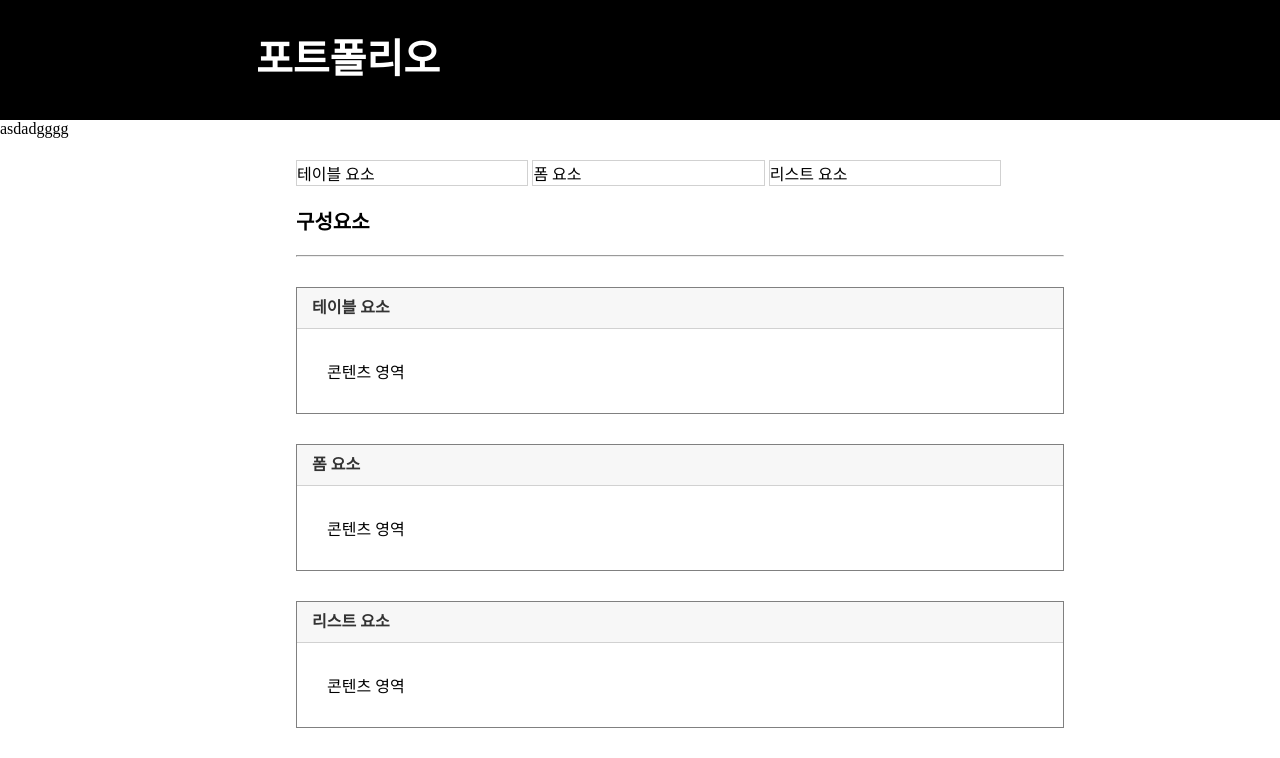
Repository: ItChoi/CSS-Study
Page: Css/WebContent/html/boostcourse/project-A1/portfolio.html
These files come from the project's save history. The page is drawn as it stood at one moment and after the next save; the edit follows.
The browser window is 1280 px wide. The pictures show the whole page.

Above is the page before, as saved 2019-06-18 10:49:18.

### Css/WebContent/html/boostcourse/project-A1/portfolio.html
<!DOCTYPE html>
<html>
<head>
	<link href="../../../css/boostcourse/project-A1/portfolio.css" rel="stylesheet" type="text/css">

</head>
<body>
	<div class="wrap">

		<div class="header">

		</div>

		<div class="content">

			<div class="con_header">
				<p class="title">포트폴리오</p>
			</div>

			<div class="con_content">

				<div class="button_list">
					<ul>
						<li class="button_elements">테이블 요소</li>
						<li class="button_elements">폼 요소</li>
						<li class="button_elements">리스트 요소</li>
					</ul>
				</div>

				<div class="element">
					<p class="element_title">구성요소</p>
					<hr/>

					<div class="elements_box">
						<div class="e_table ele">
							<div class="ele_title">
								<p class="ele_text">테이블 요소</p>
							</div>
							<div class="ele_content">
								콘텐츠 영역
							</div>
						</div>

						<div class="e_form ele">
							<div class="ele_title">
								<p class="ele_text">폼 요소</p>
							</div>
							<div class="ele_content">
								콘텐츠 영역
							</div>
						</div>

						<div class="e_list ele">
							<div class="ele_title">
								<p class="ele_text">리스트 요소</p>
							</div>
							<div class="ele_content">
								콘텐츠 영역
							</div>
						</div>

					</div>

				</div>

			</div>

		</div>

		<div class="footer">
		asdadgggg
		</div>


	</div>

</body>
</html>

### Css/WebContent/css/boostcourse/project-A1/portfolio.css
html, body, .wrap {
	margin: 0px;
	padding: 0px;
}

.header {
	width: 100%;
	height: 120px;
	background: #000;

	position: relative;
}

.content {
	position: absolute;
	top: 0;
	left: 20%;
	right: 20%;
}

.con_header {
	height: 120px;
}

.title {
	margin: 0px;
	color: #fff;
	font-size: 40px;
	font-weight: bold;
	line-height: 120px;
}

.con_content {
	width: 100%;
	padding-left: 40px;
	padding-right: 40px;
}

ul {
	margin: 0px;
	padding: 0px;
	margin-top: 40px;
	list-style: none;
}

.button_elements {
	display: inline-block;
	border:  1px solid #d1d1d1;
	width: 30%;
}

.button_elements:HOVER {
	background-color: #454545;
	font-weight: bold;
}

.element_title {
	font-size: 20px;
	color: #000;
	font-weight: bold;
}

hr {
/* 	border: 1px solid #454545; */
}

.elements_box {
	margin-top: 30px;
}

.ele {
	margin-bottom: 30px;
	border: 1px solid gray;
}

.ele_title {
	background-color: #f7f7f7;
	border-bottom: 1px solid #d1d1d1;
	height: 40px;
}

.ele_text {
	margin: 0px;
	margin-left: 15px;
	color: #333;
	font-size: 16px;
	font-weight: bold;
	line-height: 40px;
}

.ele_content {
	margin: 30px;
}

After the next save:
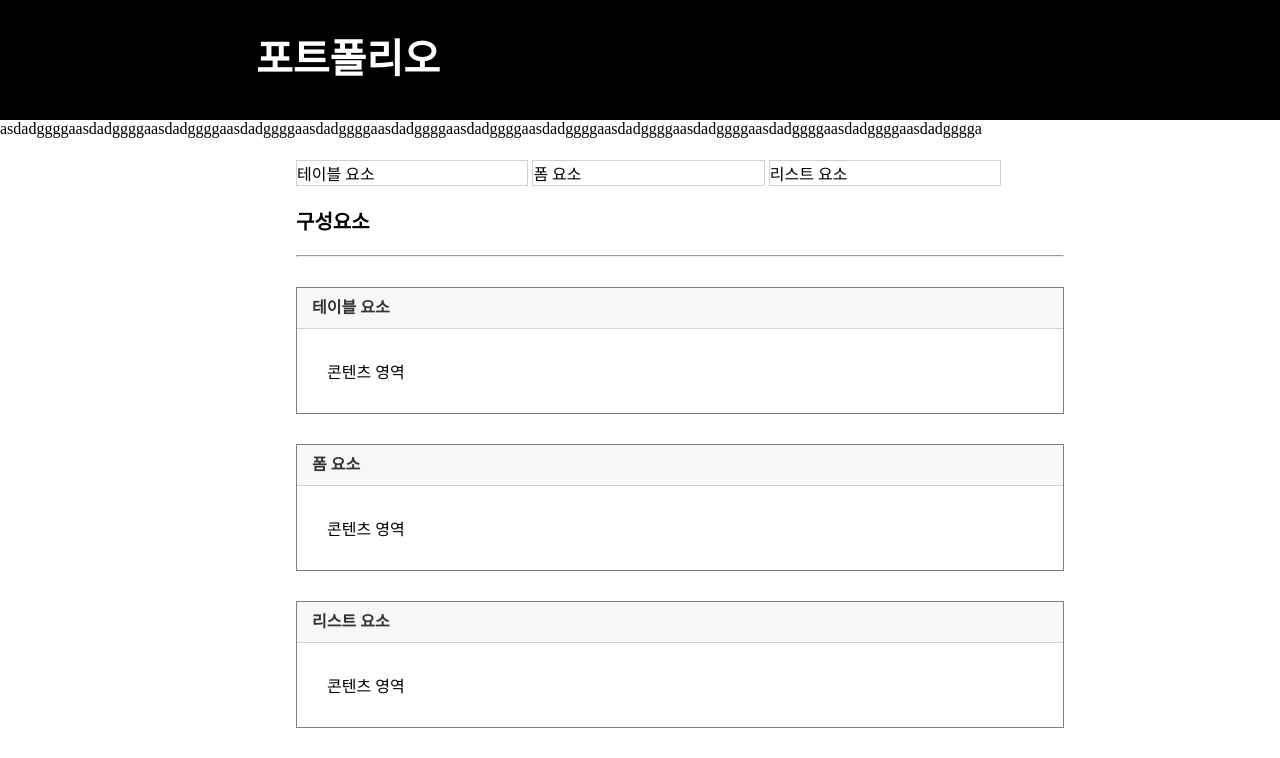
Saved 81 s later.
--- a/Css/WebContent/html/boostcourse/project-A1/portfolio.html
+++ b/Css/WebContent/html/boostcourse/project-A1/portfolio.html
@@ -68,7 +68,7 @@
 		</div>
 
 		<div class="footer">
-		asdadgggg
+		asdadggggaasdadggggaasdadggggaasdadggggaasdadggggaasdadggggaasdadggggaasdadggggaasdadggggaasdadggggaasdadggggaasdadggggaasdadgggga
 		</div>
 
 
